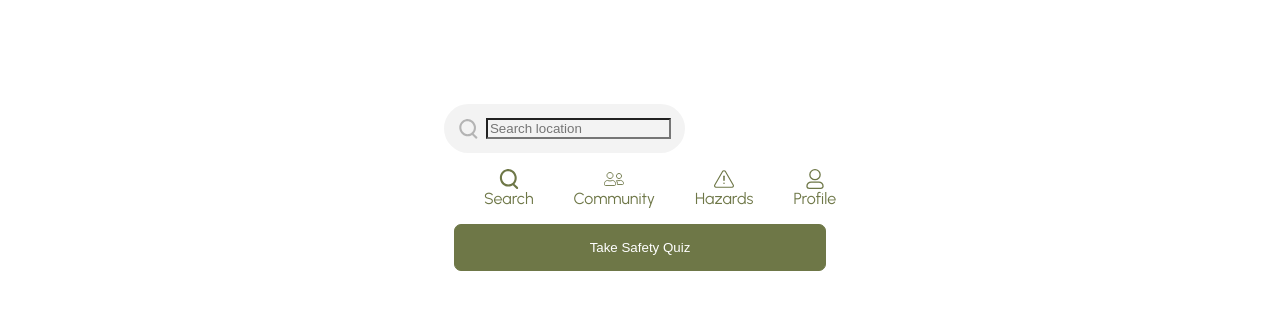
Repository: Aladdin3r/SafeCycle
Page: /
These files come from the project's save history. The page is drawn as it stood at one moment and after the next save; the edit follows.
The browser window is 1280 px wide. The pictures show the whole page.
The project was rebuilt for these pictures with package versions that can differ from the ones it lists, and the page was loaded fresh each time. The framework's server and built-in components were replaced by stand-ins that run in the browser.

Above is the page before, as saved 2024-04-15 12:19:23.

After the next save:
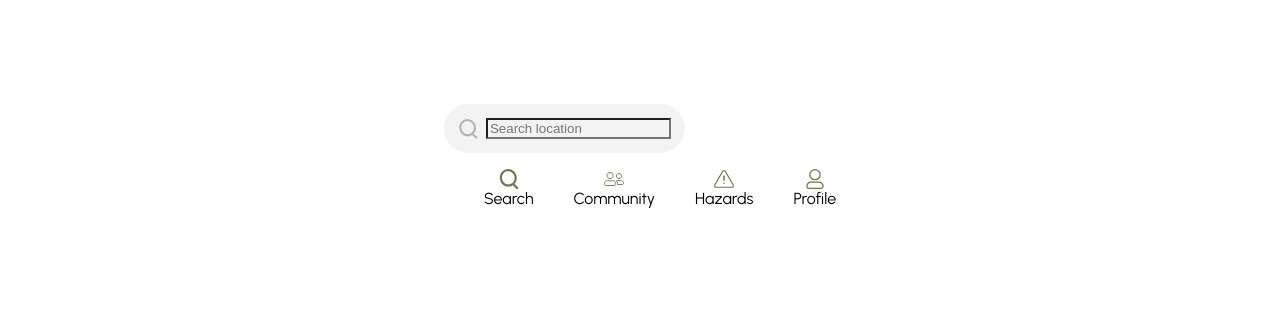
Saved 14 s later.
--- a/styles/globals.css
+++ b/styles/globals.css
@@ -2,6 +2,7 @@
 
 :root {
   --grey: #F3F3F3;
+  --light-grey: #
   --button-color: #6e7747;
   --button-color-hover: #4d5527;
   --correct: #008000;

After the save that followed:
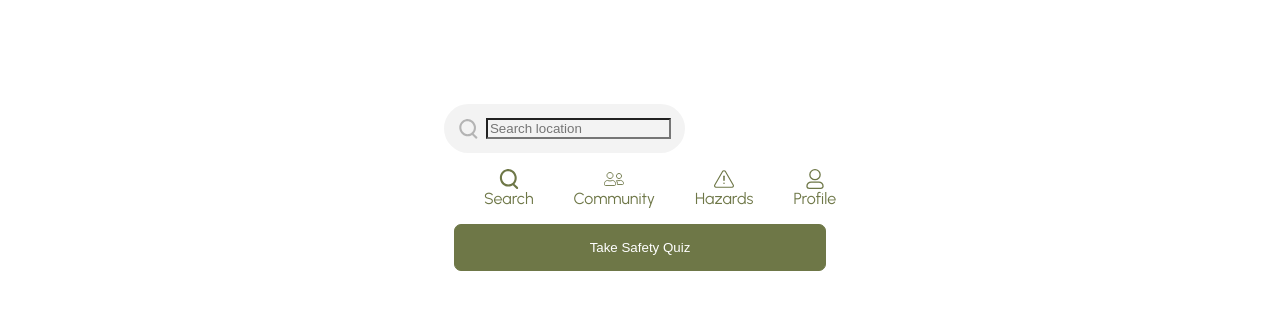
Saved 7 s later.
--- a/styles/globals.css
+++ b/styles/globals.css
@@ -2,7 +2,7 @@
 
 :root {
   --grey: #F3F3F3;
-  --light-grey: #
+  --light-grey: #B4B4B4;
   --button-color: #6e7747;
   --button-color-hover: #4d5527;
   --correct: #008000;
